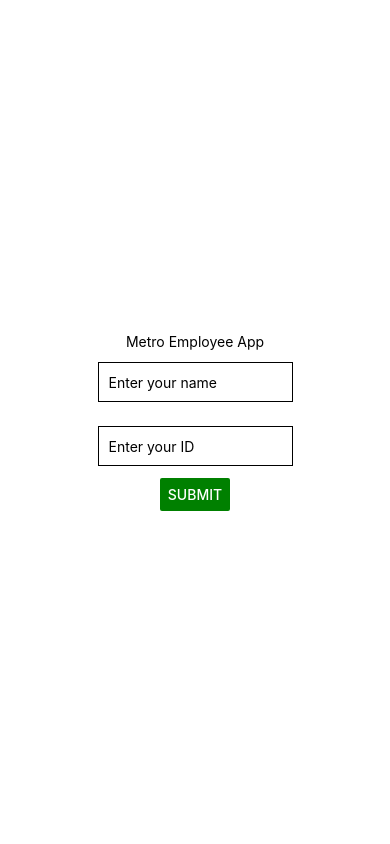
Repository: VishnuJG/Metro-Employee-App
Screen: /
The author's editor kept a copy of each file at every save. The screen is drawn from the files as they stood at one save, then again after the next save.
The app was drawn by React Native's web renderer in a window 390 px wide. The project was rebuilt for these pictures with package versions that can differ from the ones it lists, and the page was loaded fresh each time.

Above is the screen before, as saved 2022-06-28 12:48:42.

After the next save:
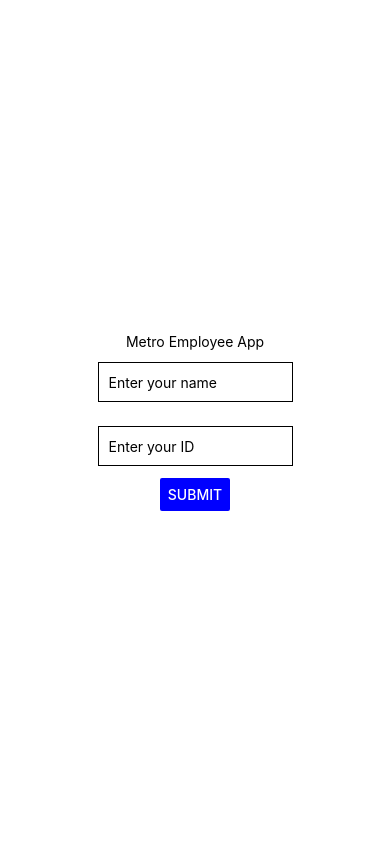
Saved 7 s later.
--- a/App.js
+++ b/App.js
@@ -37,7 +37,7 @@
           keyboardType="numeric"
         />
       <Button title="Submit"
-        color="green" onPress={onSubmit}/>
+        color="blue" onPress={onSubmit}/>
     </View>
   );
 }

After the save that followed:
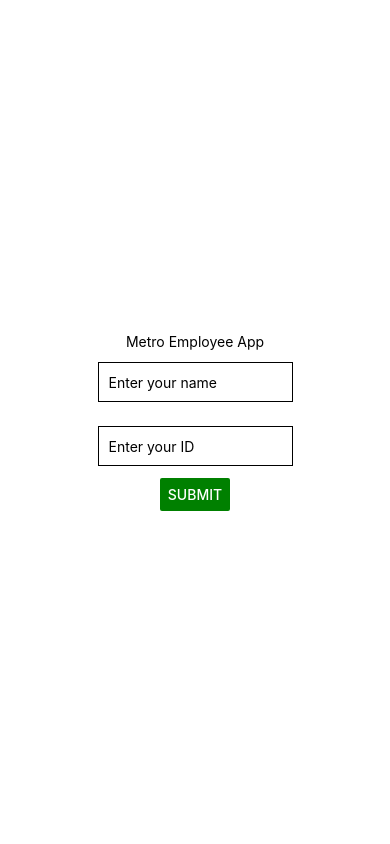
Saved 5 s later.
--- a/App.js
+++ b/App.js
@@ -37,7 +37,7 @@
           keyboardType="numeric"
         />
       <Button title="Submit"
-        color="blue" onPress={onSubmit}/>
+        color="green" onPress={onSubmit}/>
     </View>
   );
 }
